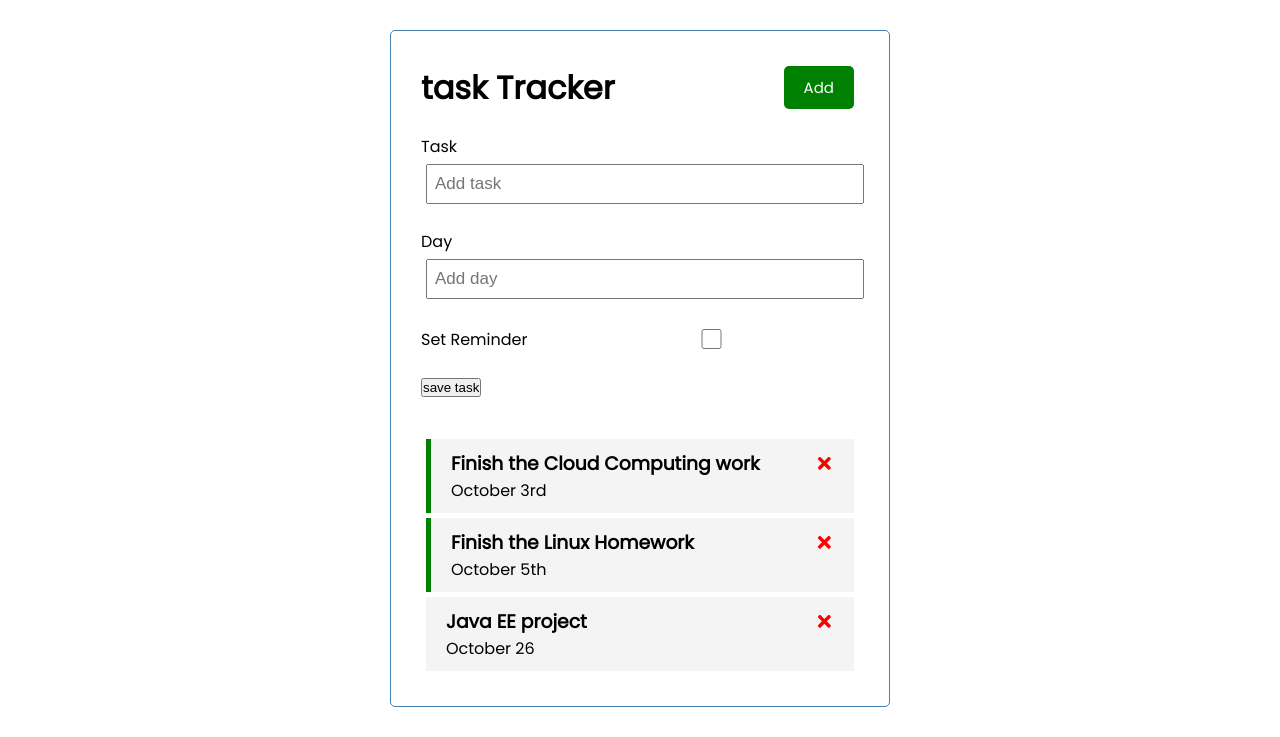
Repository: ds-mbappe/react-task-tracker
Page: /
The author's editor kept a copy of each file at every save. The page is drawn from the files as they stood at one save, then again after the next save.
The browser window is 1280 px wide. The pictures show the whole page.
The project was rebuilt for these pictures with package versions that can differ from the ones it lists, and the page was loaded fresh each time.

Above is the page before, as saved 2021-10-01 05:29:41.

After the next save:
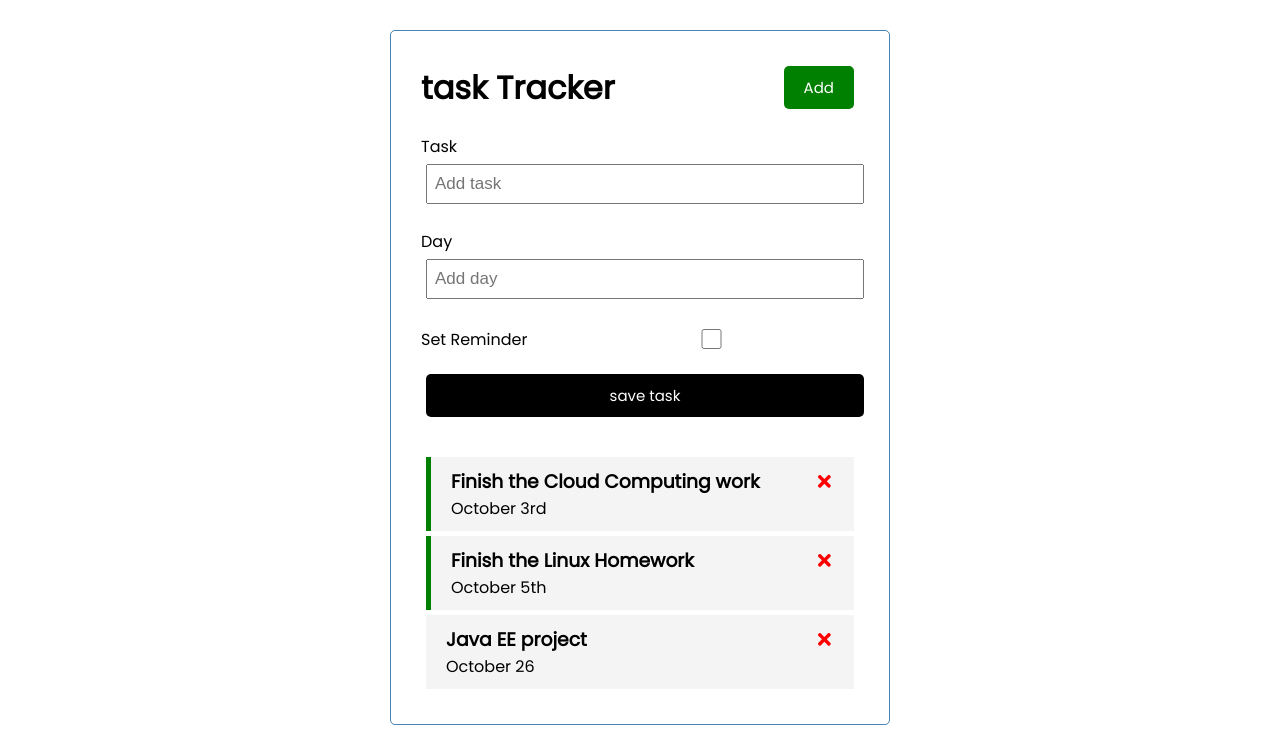
Saved 24 s later.
--- a/src/components/AddTask.js
+++ b/src/components/AddTask.js
@@ -14,7 +14,7 @@ const AddTask = () => {
                 <input type="checkbox"/>
             </div>
 
-            <input type="submit" value="save task" />
+            <input type="submit" value="save task" className="btn btn-block"/>
         </form>
     )
 }
